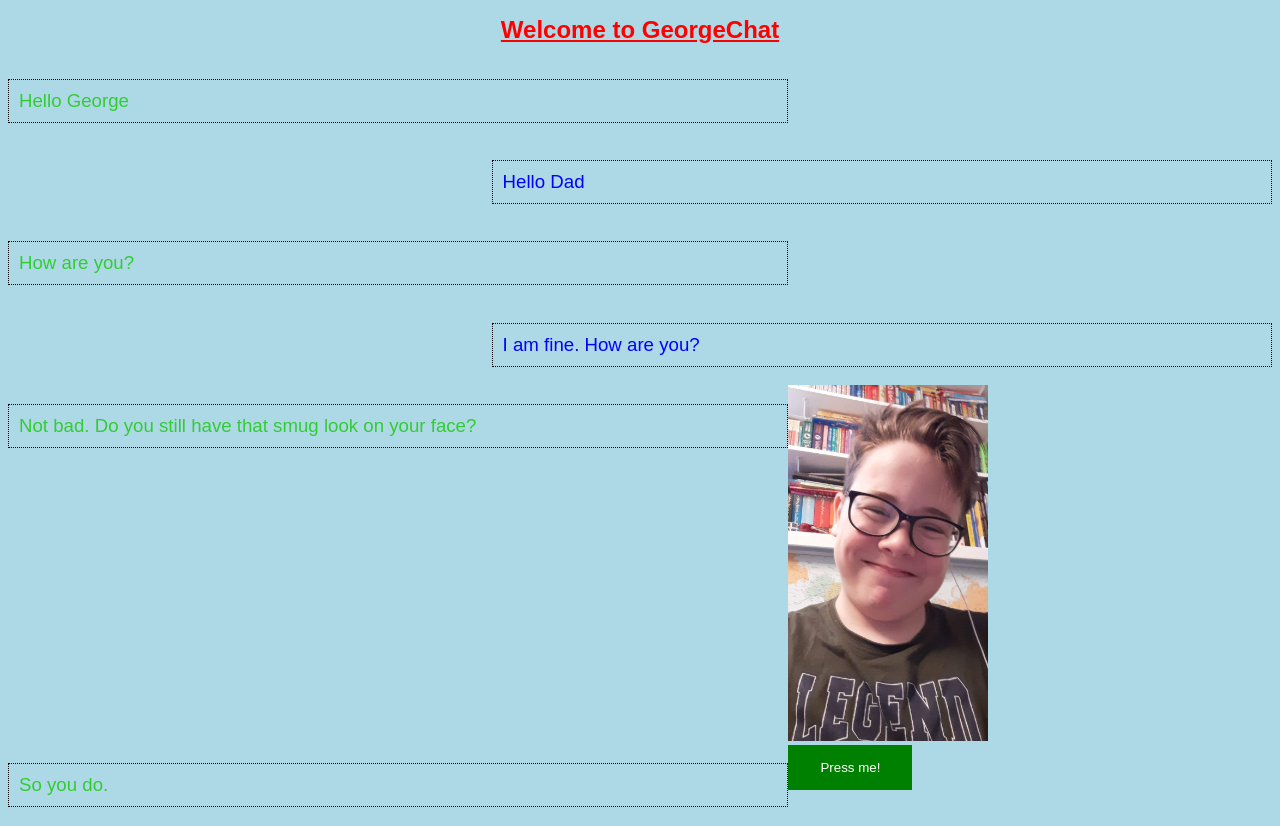
Repository: georgefyles/playground
Page: playground/src/resources/html/test.html
The author's editor kept a record of every edit. The page is drawn from the files as they stood at one moment, then again after the next edit.
The browser window is 1280 px wide. The pictures show the whole page.

Above is the page before.

### playground/src/resources/html/test.html
<!DOCTYPE html>
<html>

  <head>
	<title>Page Title</title>
	<link rel="stylesheet" href="test.css" type="text/css" />
  </head>

  <body>

    <h1 id="chat-title">Welcome to GeorgeChat</h1>

    <div id="chat-messages">

      <p class="you-talking">Hello George</p>

      <p class="me-talking">Hello Dad</p>

      <p class="you-talking">How are you?</p>

  	  <p class="me-talking">I am fine. How are you?</p>

      <p class="you-talking">Not bad. Do you still have that smug look on your face?</p>

      <img src="../images/george.jpeg" class="me-talking chat-image" />

      <p class="you-talking">So you do.</p>

    </div>

    <div id="chat-controls">
      <button>Press me!</button>
    </div>

  </body>
</html>

### playground/src/resources/html/test.css
body {
    background-color: lightblue;
    font-family: Arial, Helvetica, sans-serif;
}

#chat-title {
    font-size: 18pt;
    text-align: center;
    color: red;
    text-decoration: underline;
}

button {
    background-color: green;
    border: none;
    color: white;
    padding: 15px 32px;
    text-align: center;
    text-decoration: none;
    display: inline-block;
}

p {
    font-size: 14pt;
    border: 1px dotted black;
    padding: 10px;
    display: inline-block;
    width: 60%;
}

p.you-talking {
    color: limegreen;
    float: left;
    clear: right;
}

p.me-talking {
    color: blue;
    float: right;
    clear: left;
}

img.chat-image {
    width: 200px;
}

After the next edit:
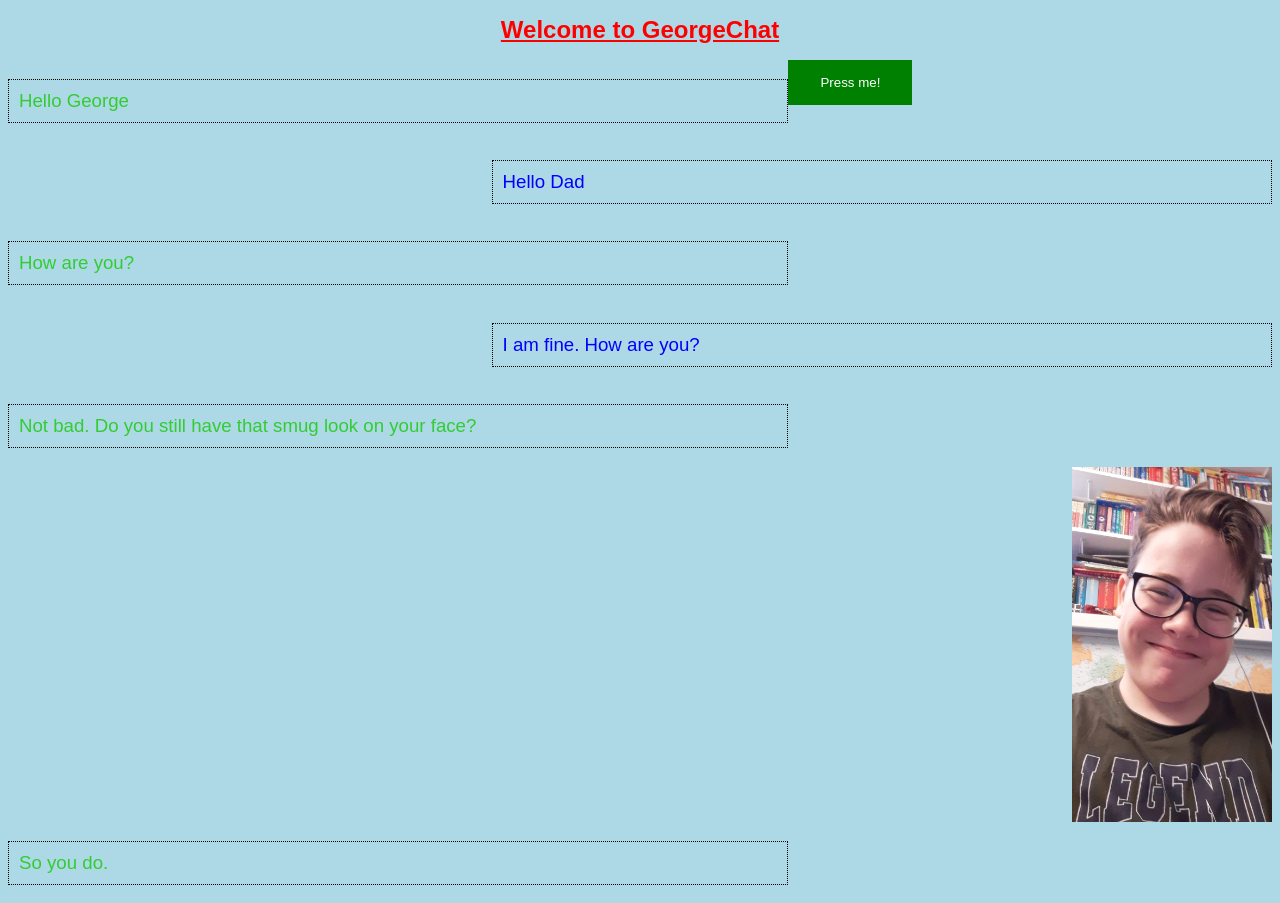
The edit:
--- a/playground/src/resources/html/test.css
+++ b/playground/src/resources/html/test.css
@@ -34,7 +34,7 @@
     clear: right;
 }
 
-p.me-talking {
+.me-talking {
     color: blue;
     float: right;
     clear: left;
